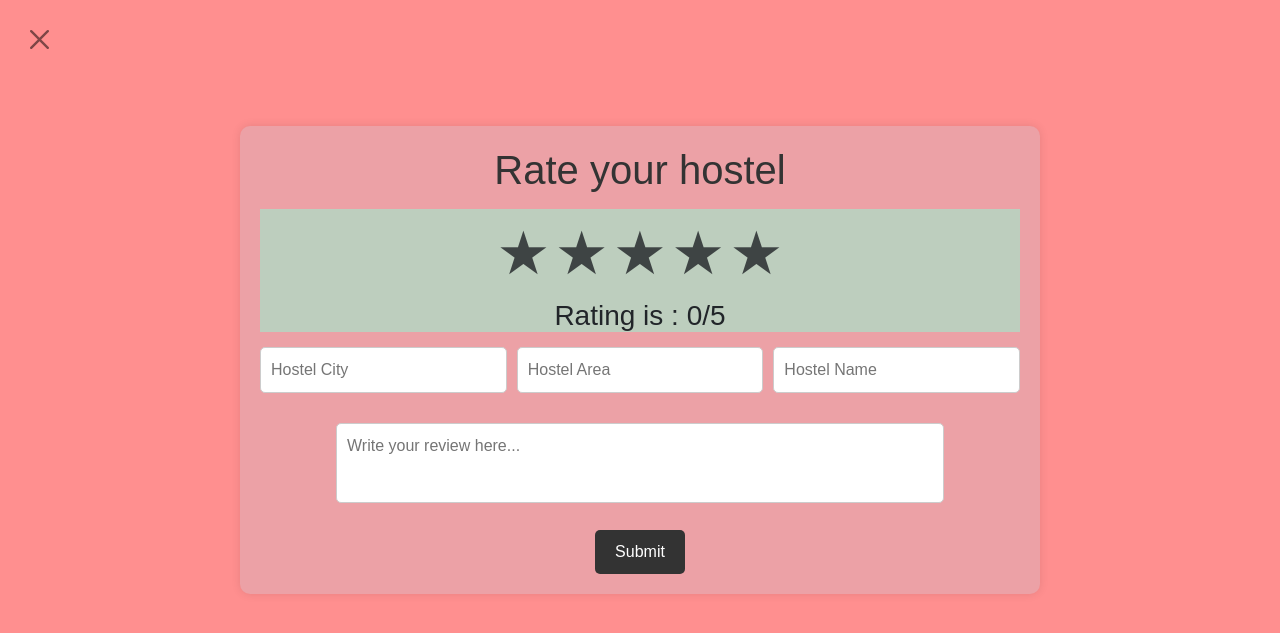
Repository: Sanjana-Inapakolla/Find-your-Roomie-website
Page: http://localhost/MiniProject/Rating.jsp
An editor plug-in stored every save of this project. The page is shown before and after the next save, followed by the edit.
The browser window is 1280 px wide. The pictures show the whole page.
The page is served by Tomcat 10.

Above is the page before, as saved 2024-11-13 09:17:11.

After the next save:
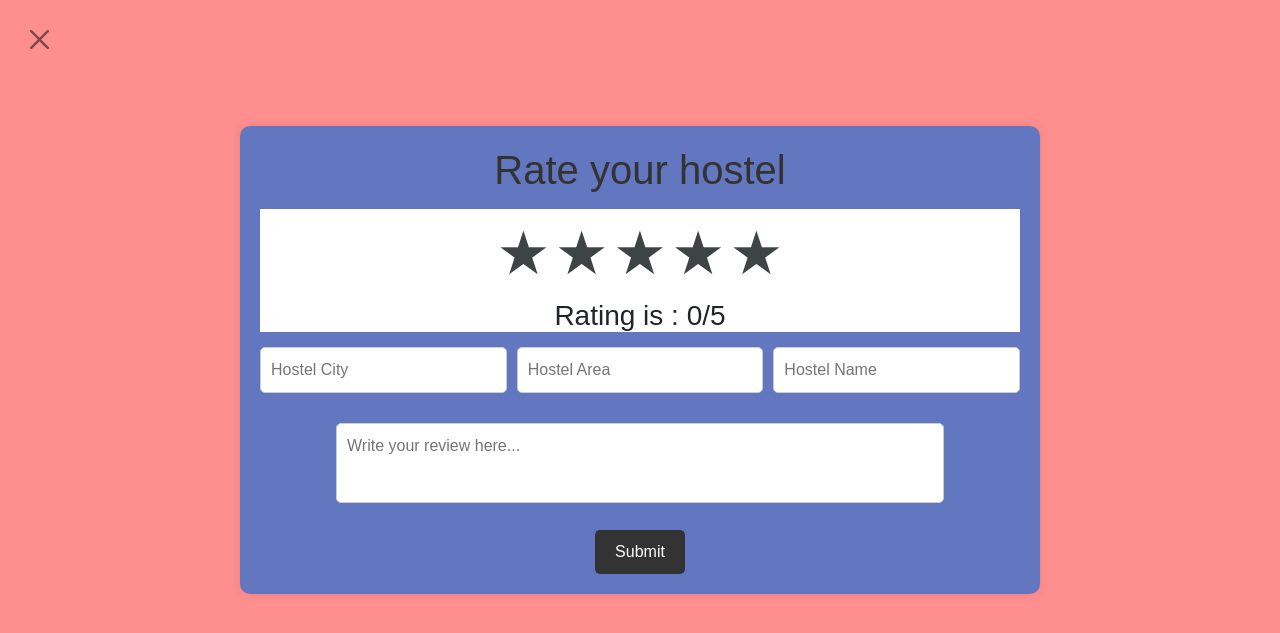
Saved 61 s later.
--- a/mini-project(jfst)/MiniProject/src/main/webapp/Rating.jsp
+++ b/mini-project(jfst)/MiniProject/src/main/webapp/Rating.jsp
@@ -18,7 +18,7 @@
 
     .container {
         width: 800px;
-        background-color: #eca1a6;
+        background-color: #6277bf;
         padding: 20px;
         border-radius: 10px;
         box-shadow: 0 0 10px rgba(0, 0, 0, 0.1);
@@ -26,7 +26,7 @@
     }
 
     .reviews{
-       background-color: #bdcebe;
+       background-color: #ffffff;
     }
 
     h1 {
